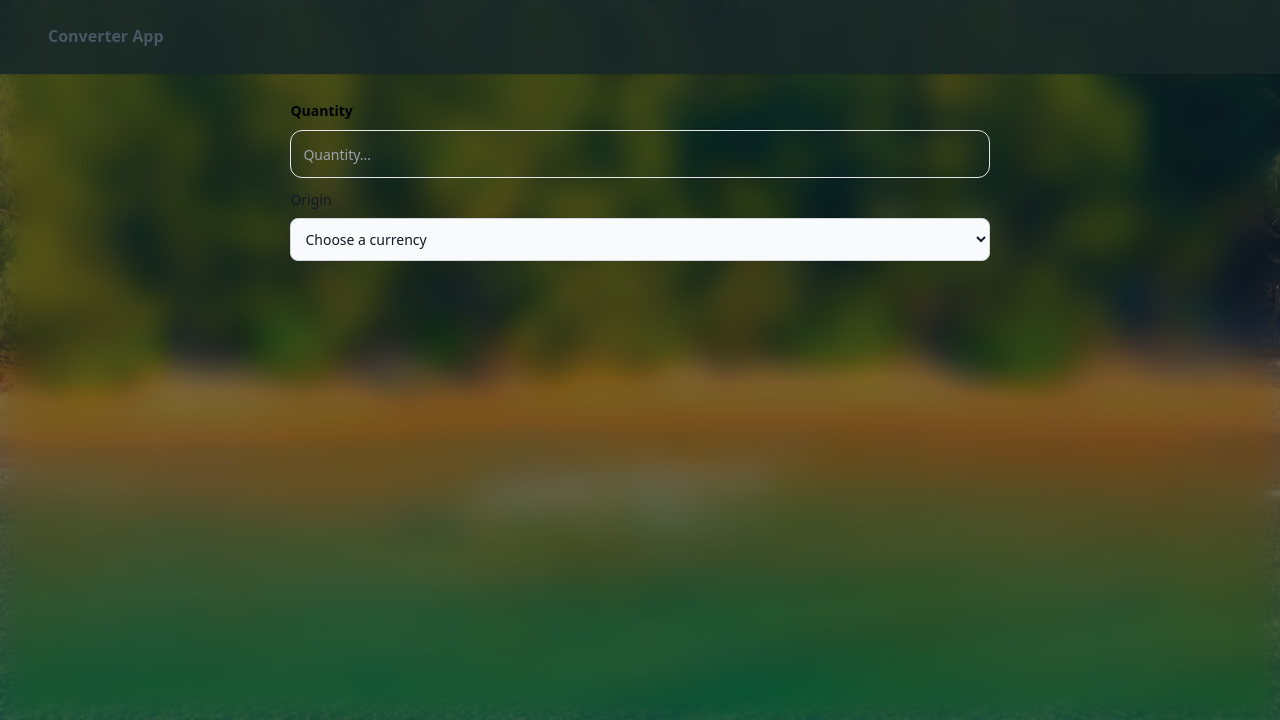
Repository: mikelCabezas/angular-exercices
Page: / (app in converter/)
These files come from the project's save history. The page is drawn as it stood at one moment and after the next save; the edit follows.
The browser window is 1280 px wide. The pictures show the whole page.
The project was rebuilt for these pictures with package versions that can differ from the ones it lists, and the page was loaded fresh each time. Also part of the build but not shown: converter/angular.json.

Above is the page before, as saved 2023-09-15 18:16:51.

### converter/src/styles.css
@tailwind base;
@tailwind components;
@tailwind utilities;

body {
    background-image: url('./assets/sunset-beach.jpeg');
    background-position: center;
}

### converter/src/app/app.module.ts
import { NgModule } from '@angular/core';
import { BrowserModule } from '@angular/platform-browser';

import { AppComponent } from './app.component';
import { NavbarComponent } from './components/navbar/navbar.component';
import { ConverterComponent } from './components/converter/converter.component';

@NgModule({
  declarations: [
    AppComponent,
    NavbarComponent,
    ConverterComponent
  ],
  imports: [
    BrowserModule
  ],
  providers: [],
  bootstrap: [AppComponent]
})
export class AppModule { }

### converter/src/app/app.component.ts
import { Component } from '@angular/core';

@Component({
  selector: 'app-root',
  templateUrl: './app.component.html',
  styleUrls: ['./app.component.css']
})
export class AppComponent {
  title = 'converter';
}

### converter/src/app/components/converter/converter.component.ts
import { Component } from '@angular/core';

@Component({
  selector: 'app-converter',
  templateUrl: './converter.component.html',
  styleUrls: ['./converter.component.css']
})
export class ConverterComponent {

}

### converter/src/app/app.component.html
<div class="root min-w-screen min-h-screen bg-gray-900Z bg-[#11192890] backdrop-saturate-200 backdrop-blur-lg">
    <app-navbar/>
    <app-converter/>
</div>

### converter/src/app/components/navbar/navbar.component.html
<nav class="shadow bg-[rgba(24,41,39,0.9)] ">
    <div class="container flex items-center  p-6 mx-auto text-gray-600 capitalize dark:text-gray-300">
        <a href="#" class="border-b-2 border-transparent hover:text-gray-800 dark:hover:text-gray-200 hover:border-blue-500 mx-1.5 sm:mx-6 font-bold">
            Converter App
        </a>
    </div>
</nav>

### converter/src/app/components/converter/converter.component.html
<div class="container mx-auto p-6 flex justify-center">
    <div class="row w-3/5">
        <div class="col px-5">
            <div class="mb-3">
                <label for="email" class="text-sm text-navy-700 dark:text-white font-bold">Quantity</label>
                <input type="number" placeholder="Quantity..." class="mt-2 flex h-12 w-full items-center justify-center rounded-xl border bg-white/0 p-3 text-sm outline-none border-gray-200">
            </div>
        </div>
        <div class="col px-5">
            <label for="countries" class="block mb-2 text-sm font-medium text-gray-900 dark:text-gray-400">Origin</label>
            <select id="countries" class="bg-gray-50 border border-gray-300 text-gray-900 text-sm rounded-lg focus:ring-blue-500 focus:border-blue-500 block w-full p-2.5 dark:bg-gray-700 dark:border-gray-600 dark:placeholder-gray-400 dark:text-white dark:focus:ring-blue-500 dark:focus:border-blue-500">
                <option selected>Choose a currency</option>
                <option value="EUR">Euro</option>
                <option value="USD">US Dollar</option>
                <option value="CHF">Suiss francs</option>
            </select>
        </div>
        <div class="col"></div>
    </div>
</div>

Loaded but not shown: converter/src/index.html (common file); converter/src/main.ts (common file); converter/src/app/components/navbar/navbar.component.ts (common file); converter/tailwind.config.js (common file); converter/src/app/app.component.css (no stored copy; drawn as an empty file); converter/src/app/components/navbar/navbar.component.css (no stored copy; drawn as an empty file); converter/src/app/components/converter/converter.component.css (no stored copy; drawn as an empty file)

After the next save:
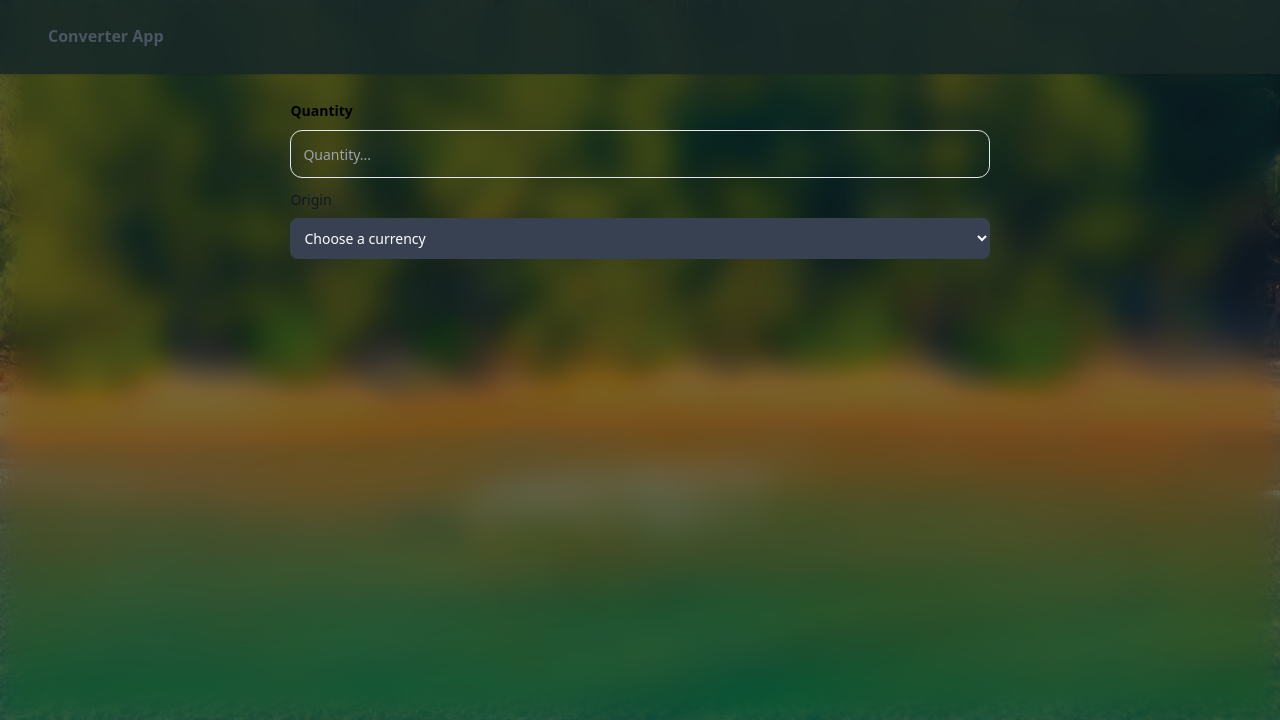
Saved 56 s later.
--- a/converter/src/app/components/converter/converter.component.html
+++ b/converter/src/app/components/converter/converter.component.html
@@ -8,7 +8,7 @@
         </div>
         <div class="col px-5">
             <label for="countries" class="block mb-2 text-sm font-medium text-gray-900 dark:text-gray-400">Origin</label>
-            <select id="countries" class="bg-gray-50 border border-gray-300 text-gray-900 text-sm rounded-lg focus:ring-blue-500 focus:border-blue-500 block w-full p-2.5 dark:bg-gray-700 dark:border-gray-600 dark:placeholder-gray-400 dark:text-white dark:focus:ring-blue-500 dark:focus:border-blue-500">
+            <select id="countries" class=" text-sm rounded-lg focus:ring-blue-500 focus:border-blue-500 block w-full p-2.5 bg-gray-700 border-gray-600 placeholder-gray-400 text-white dark:focus:ring-blue-500 dark:focus:border-blue-500">
                 <option selected>Choose a currency</option>
                 <option value="EUR">Euro</option>
                 <option value="USD">US Dollar</option>
